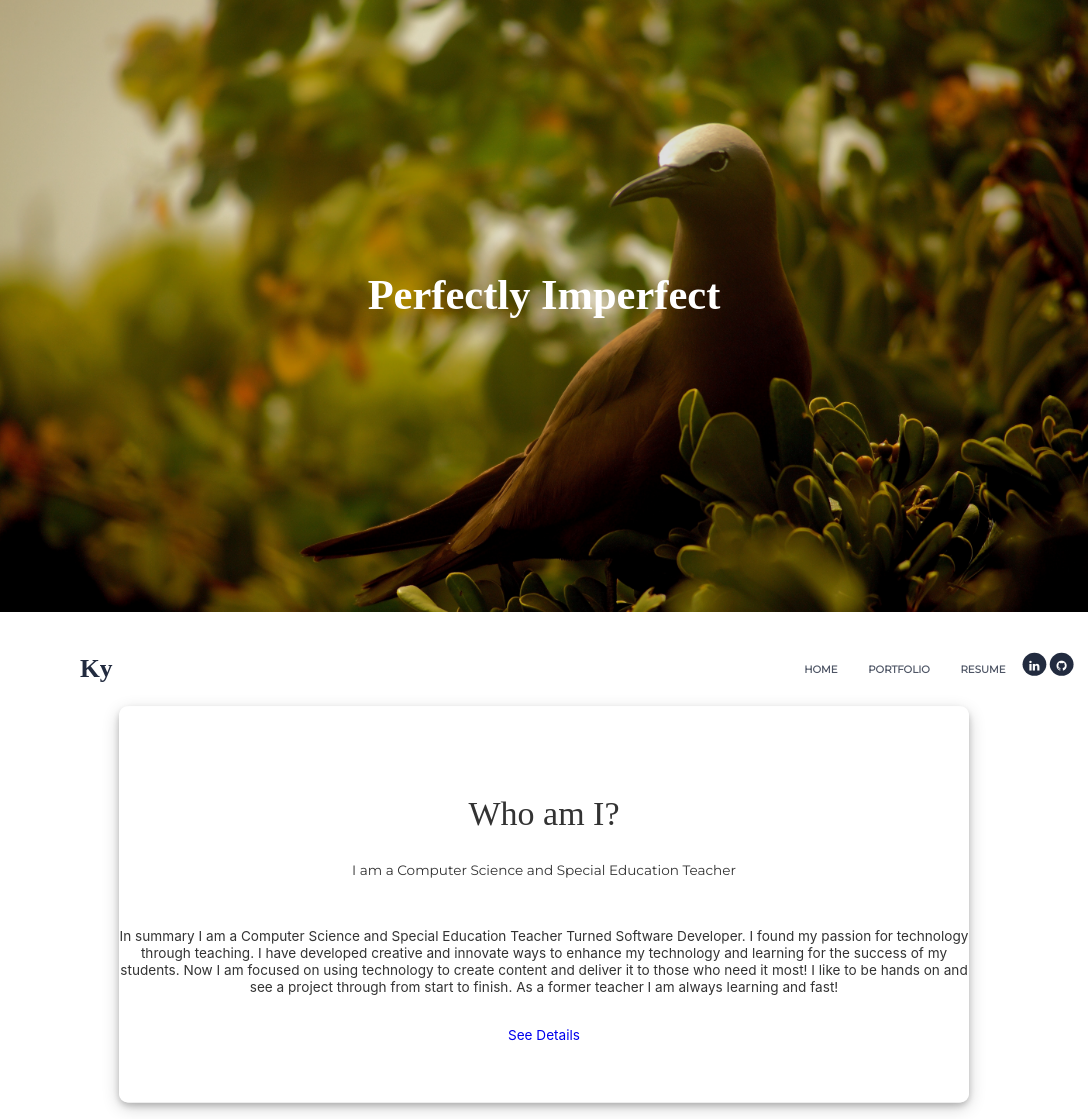
Repository: kkyler24/Perfectly-Imperfect
Page: / (app in imperfect/)
The author's editor kept a copy of each file at every save. The page is drawn from the files as they stood at one save, then again after the next save.
The browser window is 1280 px wide. The pictures show the whole page, at 85% of full size.
Backgrounds fixed to the window are drawn as part of the page. Some web fonts or font styles are not loaded; a fallback is used. The project was rebuilt for these pictures with package versions that can differ from the ones it lists, and the page was loaded fresh each time.

Above is the page before, as saved 2020-08-06 13:53:28.

After the next save:
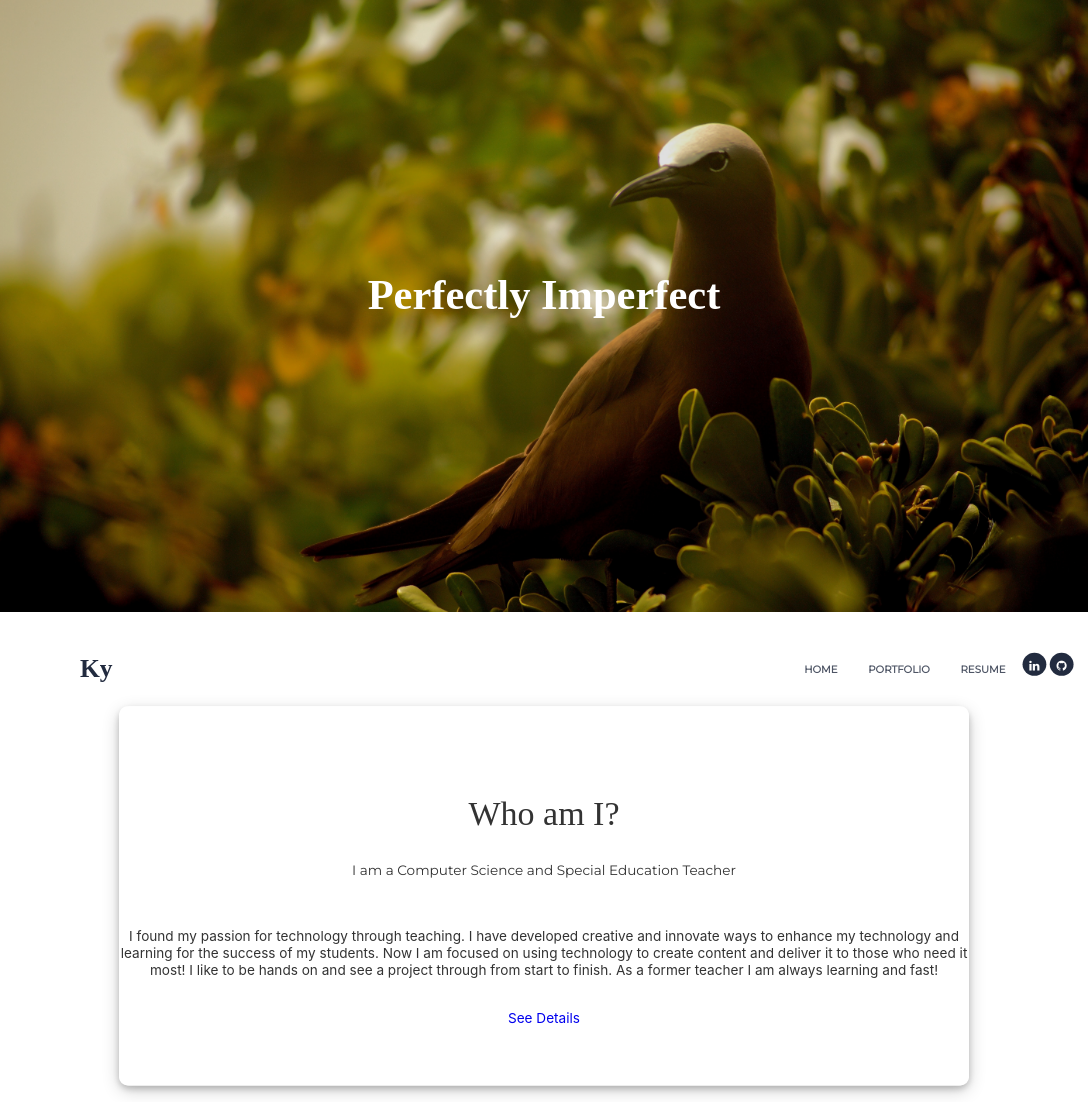
Saved 16 s later.
--- a/imperfect/src/Components/aboutMeIndex/aboutme.js
+++ b/imperfect/src/Components/aboutMeIndex/aboutme.js
@@ -14,14 +14,13 @@ function Aboutme() {
               </h4>
               <br />
               <p>
-                In summary I am a Computer Science and Special Education Teacher
-                Turned Software Developer. I found my passion for technology
-                through teaching. I have developed creative and innovate ways to
-                enhance my technology and learning for the success of my
-                students. Now I am focused on using technology to create content
-                and deliver it to those who need it most! I like to be hands on
-                and see a project through from start to finish. As a former
-                teacher I am always learning and fast!
+                I found my passion for technology through teaching. I have
+                developed creative and innovate ways to enhance my technology
+                and learning for the success of my students. Now I am focused on
+                using technology to create content and deliver it to those who
+                need it most! I like to be hands on and see a project through
+                from start to finish. As a former teacher I am always learning
+                and fast!
               </p>
               <br />
               <a href="#pablo" class="btn-round btn btn-info">
